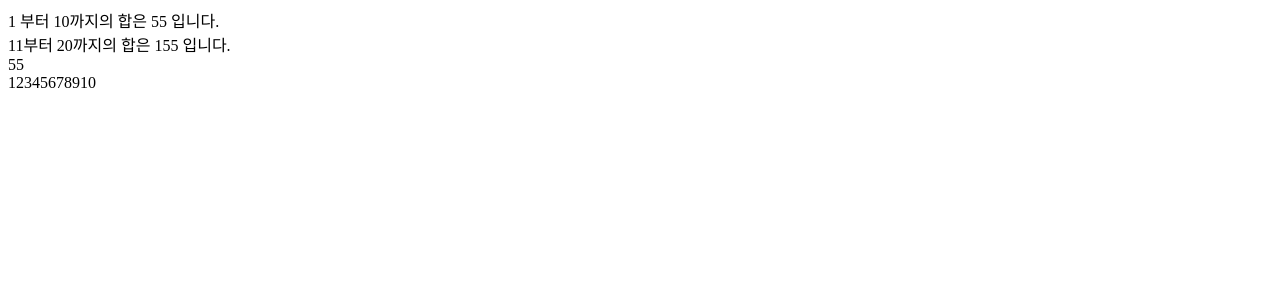
Repository: jjanggu1990/kh_java
Page: http://localhost/JSP_EX/day0318/sum.jsp
An editor plug-in stored every save of this project. The page is shown before and after the next save, followed by the edit.
The browser window is 1280 px wide. The pictures show the whole page.
The page is served by Tomcat 9.

Above is the page before, as saved 2016-03-18 08:49:30.

After the next save:
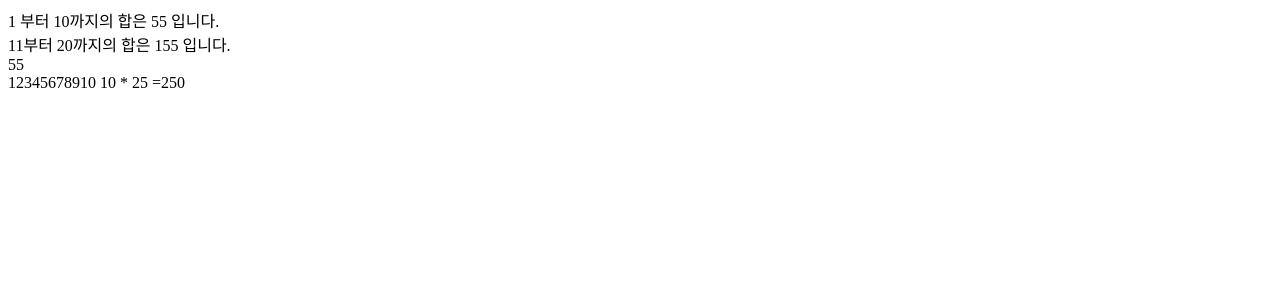
Saved 47 s later.
--- a/workspace/JSP_EX/WebContent/day0318/sum.jsp
+++ b/workspace/JSP_EX/WebContent/day0318/sum.jsp
@@ -34,6 +34,6 @@ public int multiply(int a, int b) {
 	return c;
 }
 %>
-
+10 * 25 =<%=multiply(10,25)%>
 </body>
 </html>
